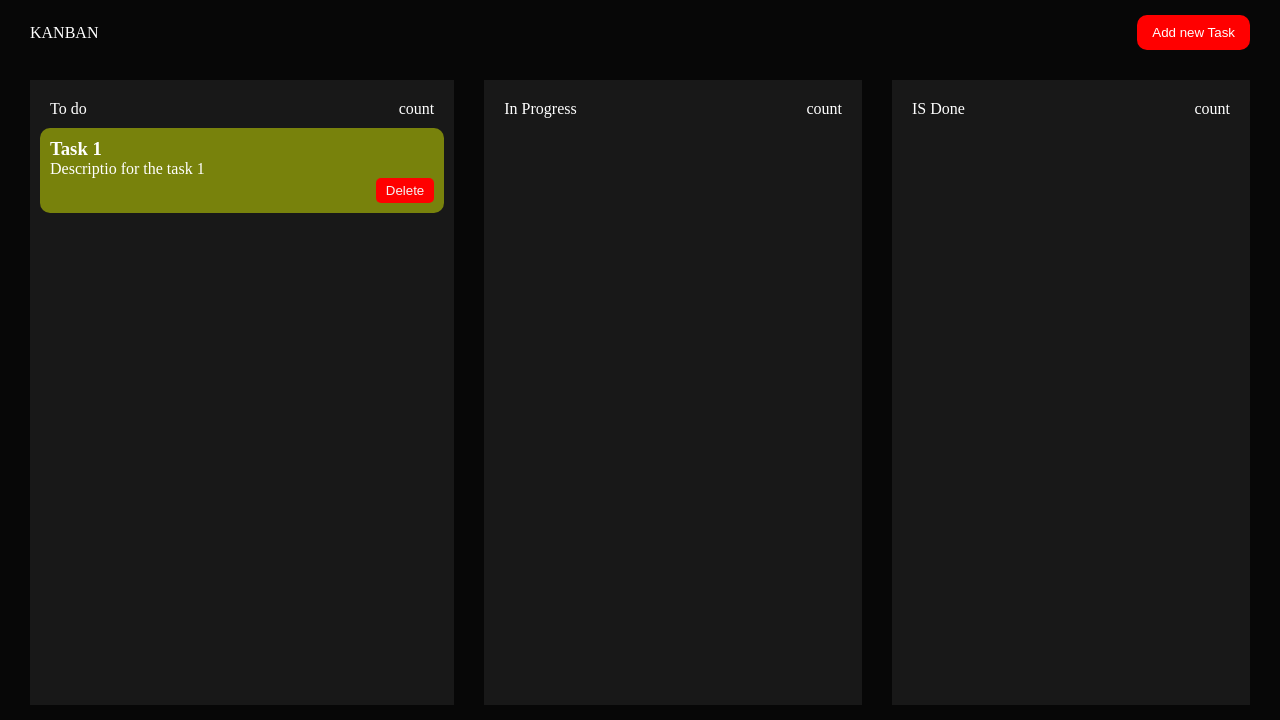
Repository: Sandeepji-5/Kanban-board
Page: index.html
The author's editor kept a copy of each file at every save. The page is drawn from the files as they stood at one save, then again after the next save.
The browser window is 1280 px wide. The pictures show the whole page.

Above is the page before, as saved 2025-12-09 16:29:00.

After the next save:
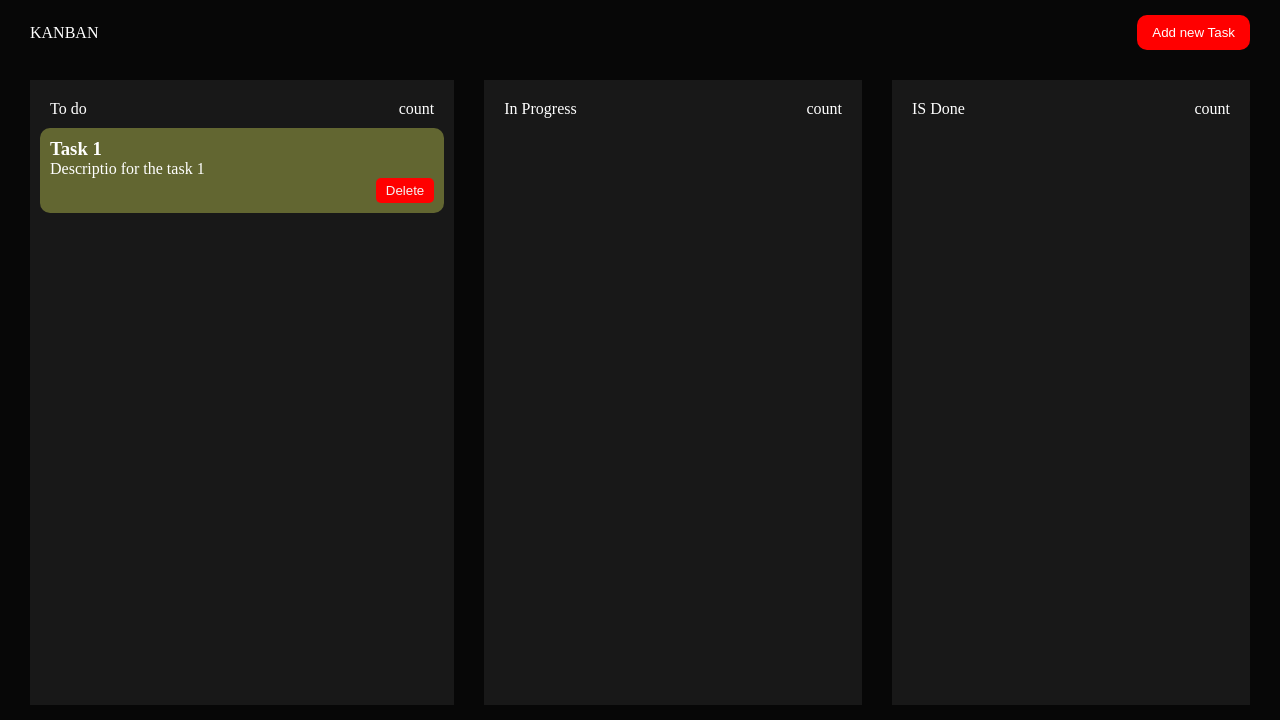
Saved 29 s later.
--- a/style.css
+++ b/style.css
@@ -117,7 +117,7 @@ section .task-column  .task{
     padding: var(--padding-m);
     border-radius: var(--border-radius-m);
     /* background-color: var(--bg-task-color); */
-     background-color:rgba(150, 163, 8, 0.763);
+     background-color:rgba(205, 216, 87, 0.409);
 
 
 }
